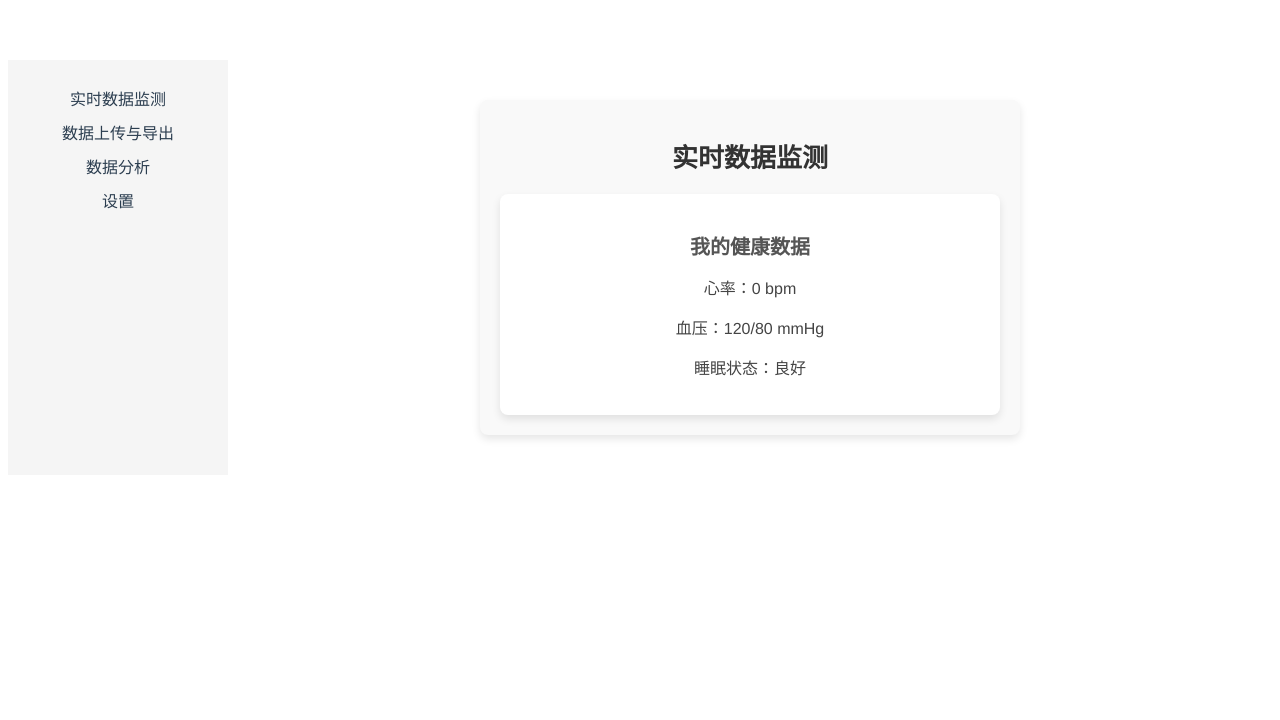
Repository: hyperion0831/The-management-of-IoT-data-sharing-based-on-blockchain
Page: / (app in Dz/frontend/)
An editor plug-in stored every save of this project. The page is shown before and after the next save, followed by the edit.
The browser window is 1280 px wide. The pictures show the whole page.
The project was rebuilt for these pictures with package versions that can differ from the ones it lists, and the page was loaded fresh each time. Also part of the build but not shown: Dz/frontend/vue.config.js, Dz/frontend/src/components/dashboard/DataUploadAndExport.vue, Dz/frontend/src/components/dashboard/DataAnalysis.vue, Dz/frontend/src/components/dashboard/AppSettings.vue.

Above is the page before, as saved 2024-11-03 20:53:58.

After the next save:
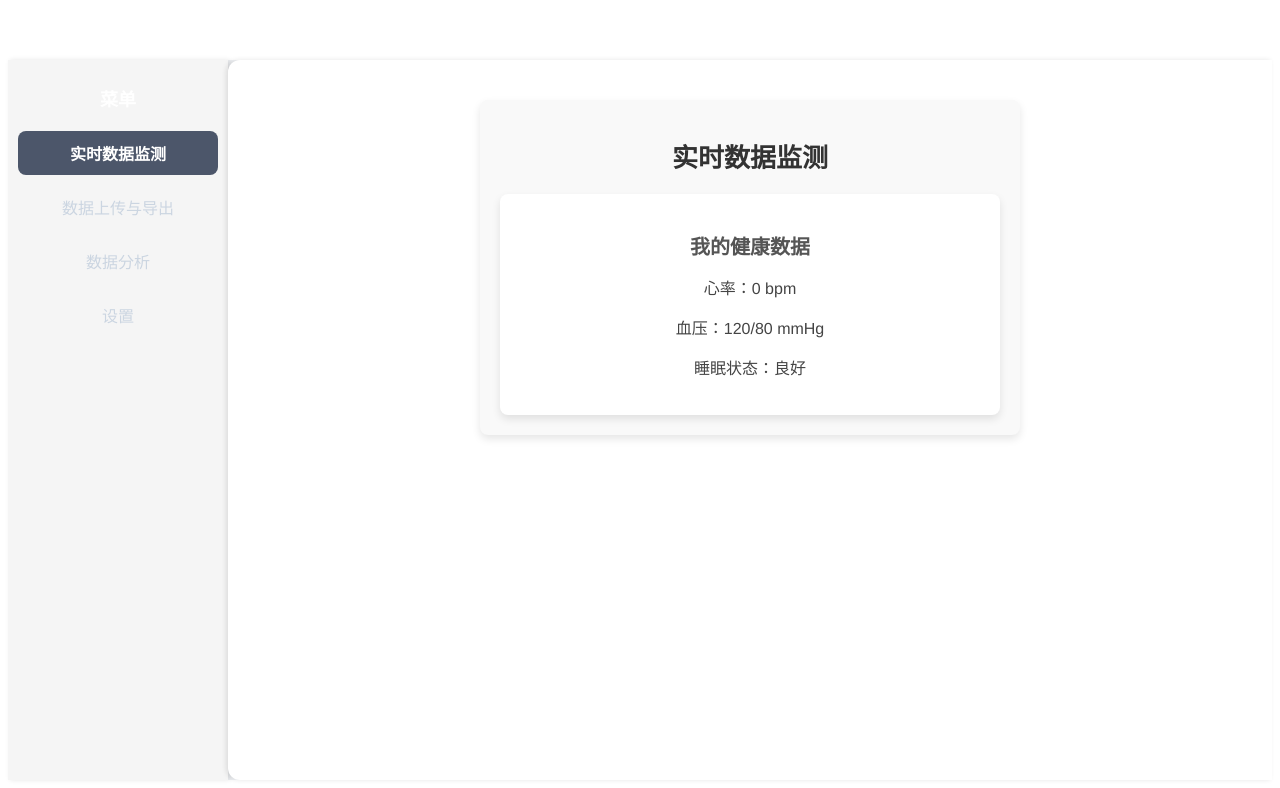
Saved 2 min 59 s later.
--- a/Dz/frontend/src/components/DataDashBoard.vue
+++ b/Dz/frontend/src/components/DataDashBoard.vue
@@ -2,17 +2,25 @@
   <div class="datadashboard">
     <!-- 左侧导航栏 -->
     <div class="sidebar">
+      <h2 class="sidebar-title">菜单</h2>
       <ul>
-        <li @click="selectModule('RealTimeMonitoring')">实时数据监测</li>
-        <li @click="selectModule('DataUploadAndExport')">数据上传与导出</li>
-        <li @click="selectModule('DataAnalysis')">数据分析</li>
-        <li @click="selectModule('AppSettings')">设置</li>
+        <li :class="{ active: activeModule === 'RealTimeMonitoring' }" @click="selectModule('RealTimeMonitoring')">
+          实时数据监测
+        </li>
+        <li :class="{ active: activeModule === 'DataUploadAndExport' }" @click="selectModule('DataUploadAndExport')">
+          数据上传与导出
+        </li>
+        <li :class="{ active: activeModule === 'DataAnalysis' }" @click="selectModule('DataAnalysis')">
+          数据分析
+        </li>
+        <li :class="{ active: activeModule === 'AppSettings' }" @click="selectModule('AppSettings')">
+          设置
+        </li>
       </ul>
     </div>
 
     <!-- 主内容区域 -->
     <div class="content">
-
       <keep-alive>
         <component
           :is="activeModuleComponent"
@@ -24,6 +32,85 @@
   </div>
 </template>
 
+<style scoped>
+.datadashboard {
+  display: flex;
+  height: 100vh;
+  background-color: #f0f2f5;
+}
+
+/* 左侧导航栏样式 */
+.sidebar {
+  width: 220px;
+  padding: 20px;
+  background-color: #1f2937;
+  color: #ffffff;
+  box-shadow: 2px 0 5px rgba(0, 0, 0, 0.1);
+}
+
+.sidebar-title {
+  font-size: 18px;
+  font-weight: 600;
+  margin-bottom: 20px;
+  text-align: center;
+}
+
+ul {
+  list-style: none;
+  padding: 0;
+  margin: 0;
+}
+
+li {
+  margin: 15px 0;
+  padding: 10px;
+  color: #cbd5e1;
+  cursor: pointer;
+  transition: all 0.3s ease;
+  border-radius: 8px;
+  text-align: center;
+}
+
+li:hover {
+  background-color: #3b4252;
+  color: #ffffff;
+  font-weight: bold;
+}
+
+li.active {
+  background-color: #4c566a;
+  color: #ffffff;
+  font-weight: bold;
+}
+
+/* 主内容区域样式 */
+.content {
+  flex: 1;
+  padding: 30px;
+  background-color: #ffffff;
+  box-shadow: -2px 0 5px rgba(0, 0, 0, 0.1);
+  border-top-left-radius: 12px;
+  border-bottom-left-radius: 12px;
+  overflow-y: auto;
+}
+
+.login-button {
+  margin-top: 20px;
+  padding: 10px;
+  width: 100%;
+  background-color: #007bff;
+  color: #ffffff;
+  border: none;
+  border-radius: 5px;
+  cursor: pointer;
+  transition: background-color 0.3s;
+}
+
+.login-button:hover {
+  background-color: #0056b3;
+}
+</style>
+
 <script>
 
 import DataUploadAndExport from './dashboard/DataUploadAndExport.vue';
